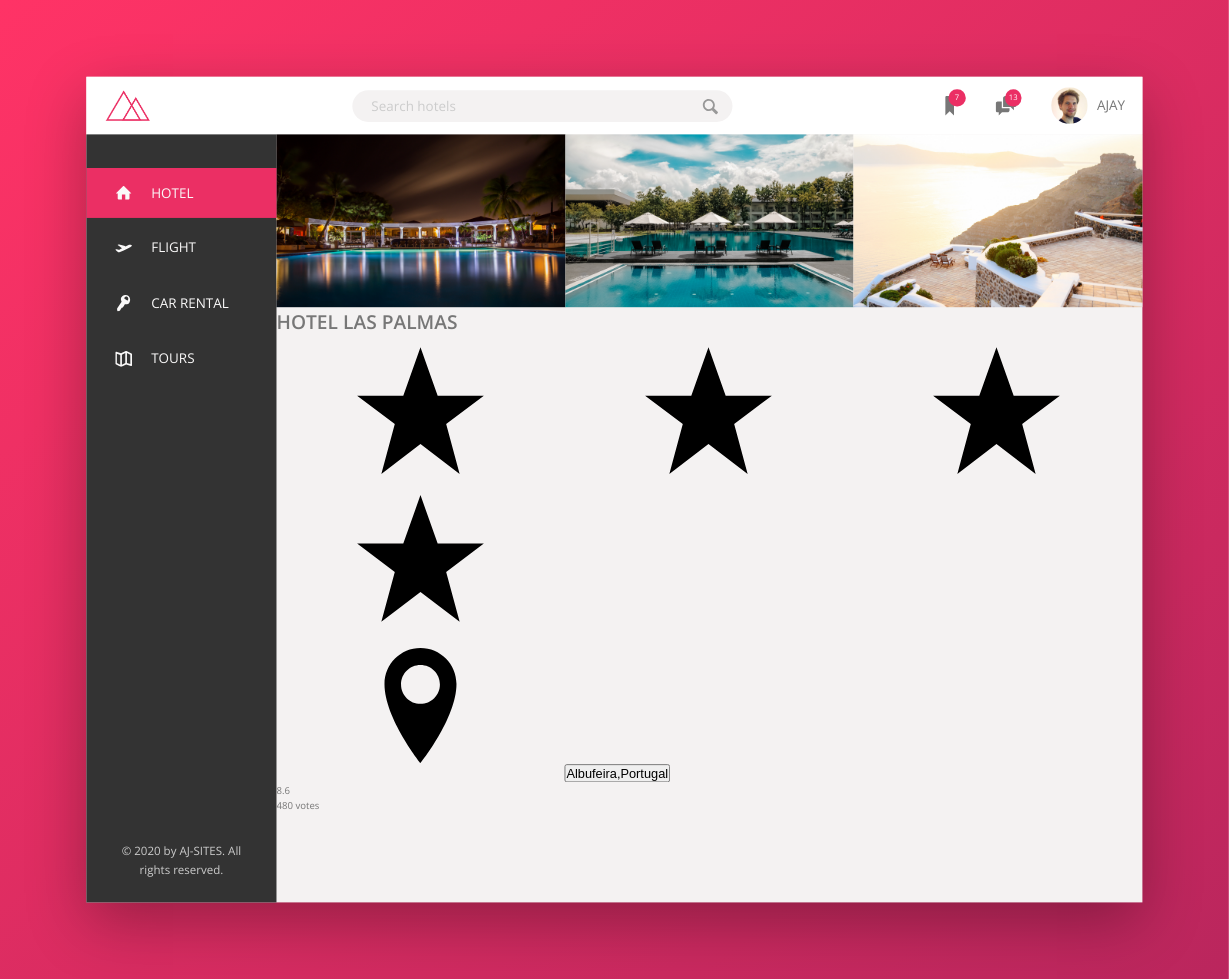
Repository: ajayaj2001/modern-Hotel
Page: /
An editor plug-in stored every save of this project. The page is shown before and after the next save, followed by the edit.
The browser window is 1280 px wide. The pictures show the whole page, at 96% of full size.
The project was rebuilt for these pictures with package versions that can differ from the ones it lists, and the page was loaded fresh each time.

Above is the page before, as saved 2020-12-13 19:59:18.

After the next save:
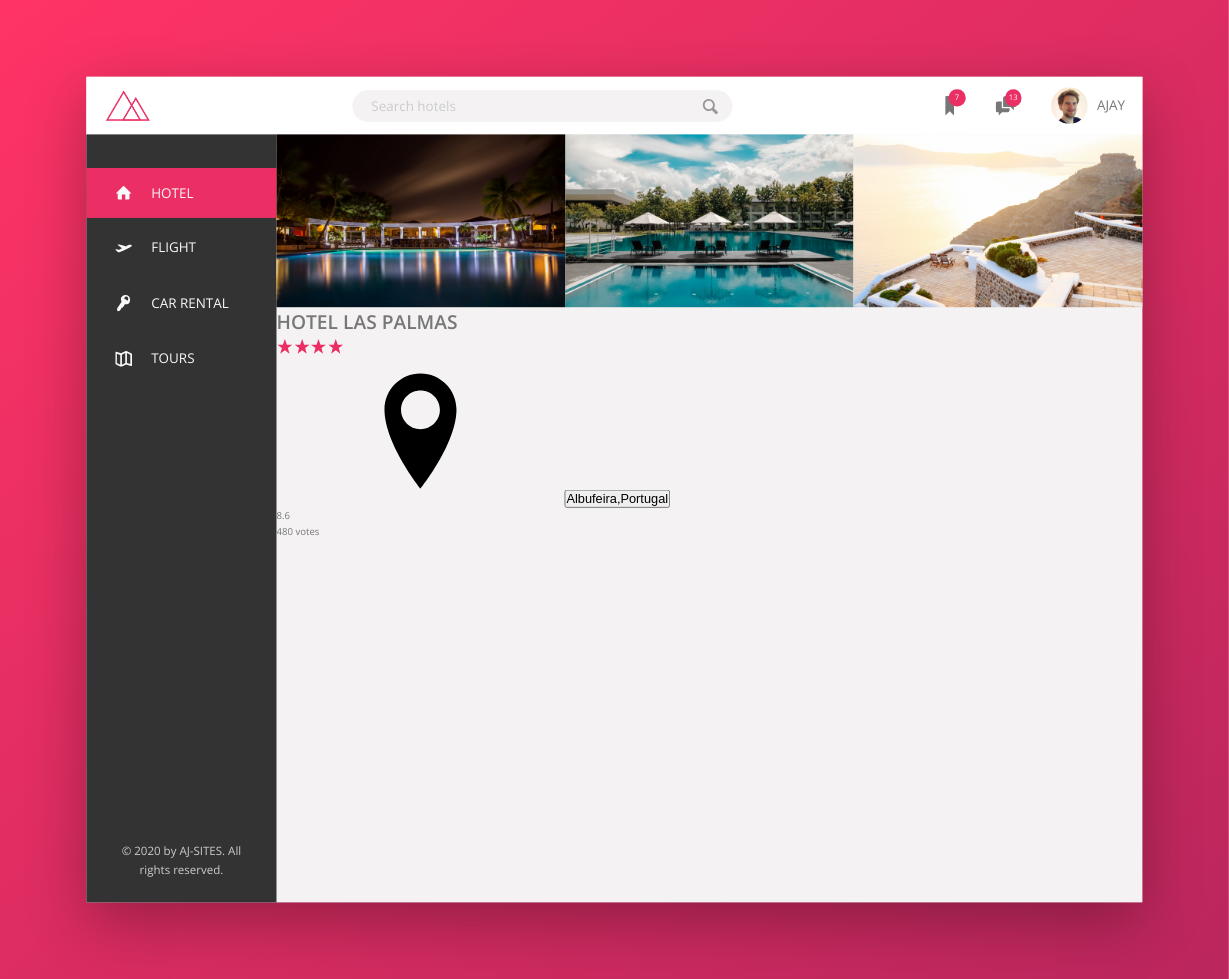
Saved 68 s later.
--- a/src/hotel-view/overview/Overview.scss
+++ b/src/hotel-view/overview/Overview.scss
@@ -13,6 +13,9 @@
     }
     &__icon-star,
     &__icon-location {
+        width: 1.75rem;
+        height: 1.75rem;
+        fill: var(--color-primary);
     }
     &__location {
     }
